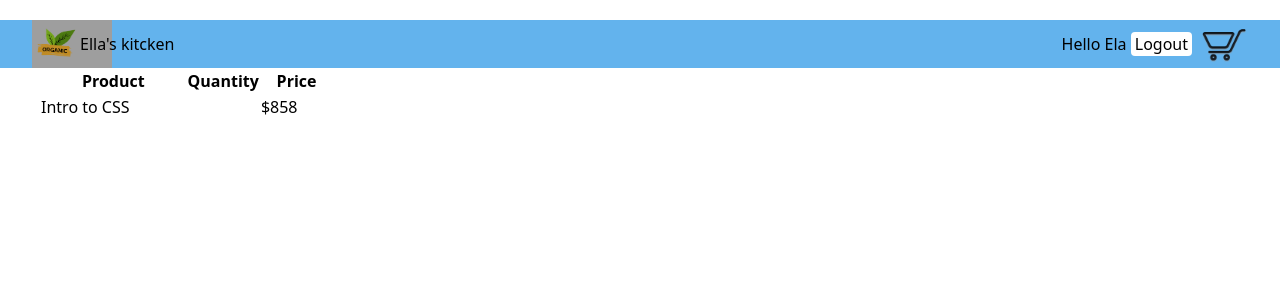
Repository: dgmihaela/eshop-counter
Page: / (app in eshop-counter/old/my-app/), after clicking the first element matching `button.bg-contain`
The author's editor kept a copy of each file at every save. The page is drawn from the files as they stood at one save, then again after the next save.
The browser window is 1280 px wide. The pictures show the whole page.
Pictures or frames that could not be fetched are drawn as grey boxes. The page's requests for data from a server got no answer. The project was rebuilt for these pictures with package versions that can differ from the ones it lists, and the page was loaded fresh each time. No one was signed in, and anything a server would have sent is missing. Also part of the build but not shown: eshop-counter/old/my-app/src/components/LeftSideCategory.js, eshop-counter/old/my-app/src/components/Product.js, eshop-counter/old/my-app/src/components/RightSideProducts.js, eshop-counter/old/my-app/src/components/Category.js.

Above is the page before, as saved 2021-01-06 17:12:46.

After the next save:
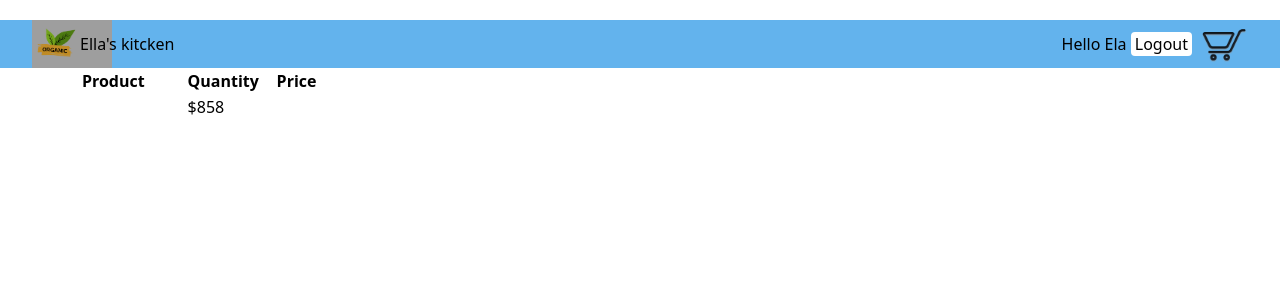
Saved 2 min 59 s later.
--- a/eshop-counter/old/my-app/src/components/CartContainer.js
+++ b/eshop-counter/old/my-app/src/components/CartContainer.js
@@ -4,7 +4,7 @@ import axios from "axios";
 
 const CartContainer = () => {
 
-    const [productInCart, setProductsInCart] = useState([]);
+    const [products, setProducts] = useState([]);
 
     useEffect(() => {
         const fetchData = async() => {
@@ -12,12 +12,19 @@ const CartContainer = () => {
             const result = await axios.get(`http://localhost:9000/products`)
 
 
-            setProductsInCart(result.data)
+            setProducts(result.data)
         }
         fetchData();
     }, []);
 
-    console.log(productInCart)
+
+
+    const productsinCart = products.map(prod => {
+        if(prod.quantity > 0){
+            return <td>{prod.title}</td>
+        }
+    })
+
     return(
         <div>
             <table className="table-fixed">
@@ -30,7 +37,7 @@ const CartContainer = () => {
                 </thead>
                 <tbody>
                     <tr>
-                        <td>Intro to CSS</td>
+                   { productsinCart}
                         <td>
                             {/* <div>
                                 <div className='btns-counter h-12 box-border flex flex-wrap content-start'>
